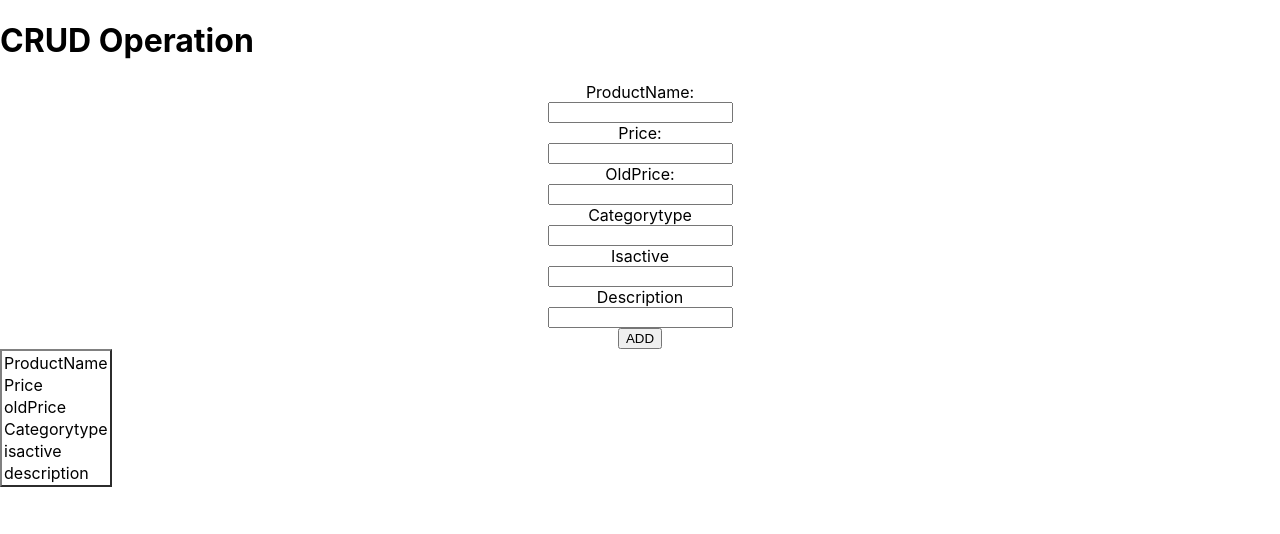
Repository: Josephkennedy603/Tridots-CRUD
Page: /
The author's editor kept a copy of each file at every save. The page is drawn from the files as they stood at one save, then again after the next save.
The browser window is 1280 px wide. The pictures show the whole page.
The project was rebuilt for these pictures with package versions that can differ from the ones it lists, and the page was loaded fresh each time.

Above is the page before, as saved 2024-09-20 16:37:56.

### src/App.jsx
import "./App.css";
import Create from "./create";
import {
  collection,
  getDocs,
  onSnapshot,
  updateDoc,
  doc,
  deleteDoc,
} from "firebase/firestore";
import { db } from "./firebase";
export const userCollectionRef = collection(db, "record");
console.log("user data1", userCollectionRef);

function App() {
  return (
    <div className="main-container">
      <h1>CRUD Operation</h1>
      <Create />

      {/* ProductName,
    Price,
    oldPrice,
    Categorytype,
    isactive,
    description, */}
      <table border={2}>
        <tbody>
          <tr>ProductName</tr>
          <tr>Price</tr>
          <tr>oldPrice</tr>
          <tr>Categorytype</tr>
          <tr>isactive</tr>
          <tr>description</tr>
        </tbody>
      </table>
    </div>
  );
}

export default App;

### src/App.css
.main-input {
  display: flex;
  flex-direction: column;
  align-items: center;
  justify-content: center;
}

### src/create.jsx
import React from "react";
import { useState } from "react";
import { userCollectionRef } from "./App";
import { addDoc } from "firebase/firestore";
import "./App";
// Product -> list, Add, Edit, delete Paramater: Product Name (type: string), Price (type: number), Old Price (type: number), Category type (type: select), is active (type: checkbox), description (type: textarea) Category list => Vegetables, Fruits & Nuts, Dairy & creams, Packages Food , Staples
const Create = ({ refetchUser }) => {
  const [ProductName, setProductName] = useState("");
  const [Price, setPrice] = useState();
  const [oldPrice, setOldPrice] = useState();
  const [Categorytype, setCategorytype] = useState();
  const [isactive, setisActive] = useState();
  const [description, setDescription] = useState();

  const data1 = {
    ProductName,
    Price,
    oldPrice,
    Categorytype,
    isactive,
    description,
  };

  const handleClick = async () => {
    const data = await addDoc(userCollectionRef, data1);
    setProductName("");
    setPrice("");
    setOldPrice("");
    setCategorytype("");
    setisActive("");
    setDescription("");

    // refetchUser();
    // console.log("for create ", data);
  };

  return (
    <div className="main-input">
      <label>ProductName:</label>
      <input
        name="Name:"
        type="text"
        value={ProductName}
        onChange={(e) => setProductName(e.target.value)}
        required
      />

      <label>Price:</label>
      <input
        type="number"
        name="Age"
        value={Price}
        onChange={(e) => setPrice(Number(e.target.value))}
        required
      />

      <label>OldPrice:</label>
      <input
        type="number"
        value={oldPrice}
        onChange={(e) => setOldPrice(e.target.value)}
        required
      />

      <label>Categorytype</label>
      <input
        type="select"
        name="Phone Number"
        value={Categorytype}
        onChange={(e) => setCategorytype(Number(e.target.value))}
        required
      />
      <label>Isactive</label>
      <input
        type="number"
        name="Phone Number"
        value={isactive}
        onChange={(e) => setDescription(e.target.value)}
        required
      />

      <label>Description</label>
      <input
        type="number"
        name="Phone Number"
        value={description}
        onChange={(e) => setisActive(Number(e.target.value))}
        required
      />
      <input type="submit" value={"ADD"} onClick={handleClick} />
    </div>
  );
};

export default Create;

### src/firebase.js
// Product -> list, Add, Edit, delete Paramater: Product Name (type: string), Price (type: number), Old Price (type: number), Category type (type: select), is active (type: checkbox), description (type: textarea) Category list => Vegetables, Fruits & Nuts, Dairy & creams, Packages Food , Staples
// Import the functions you need from the SDKs you need
import { initializeApp } from "firebase/app";
import { getFirestore } from "firebase/firestore";
// import { getAnalytics } from "firebase/analytics";

const firebaseConfig = {
  apiKey: "AIzaSyB6ZR0S_52AlqGIUs87cyuSaj7Dp9EP9nk",
  authDomain: "crud-operation-7754e.firebaseapp.com",
  projectId: "crud-operation-7754e",
  storageBucket: "crud-operation-7754e.appspot.com",
  messagingSenderId: "941097712371",
  appId: "1:941097712371:web:aad3664dddf0ff5721d586",
  measurementId: "G-CM49X6XD0N",
};

// Initialize Firebase
const app = initializeApp(firebaseConfig);
export const db = getFirestore(app);

export default app;

Loaded but not shown: public/index.html (common file); src/index.js (common file); src/index.css (common file); src/reportWebVitals.js (common file)

After the next save:
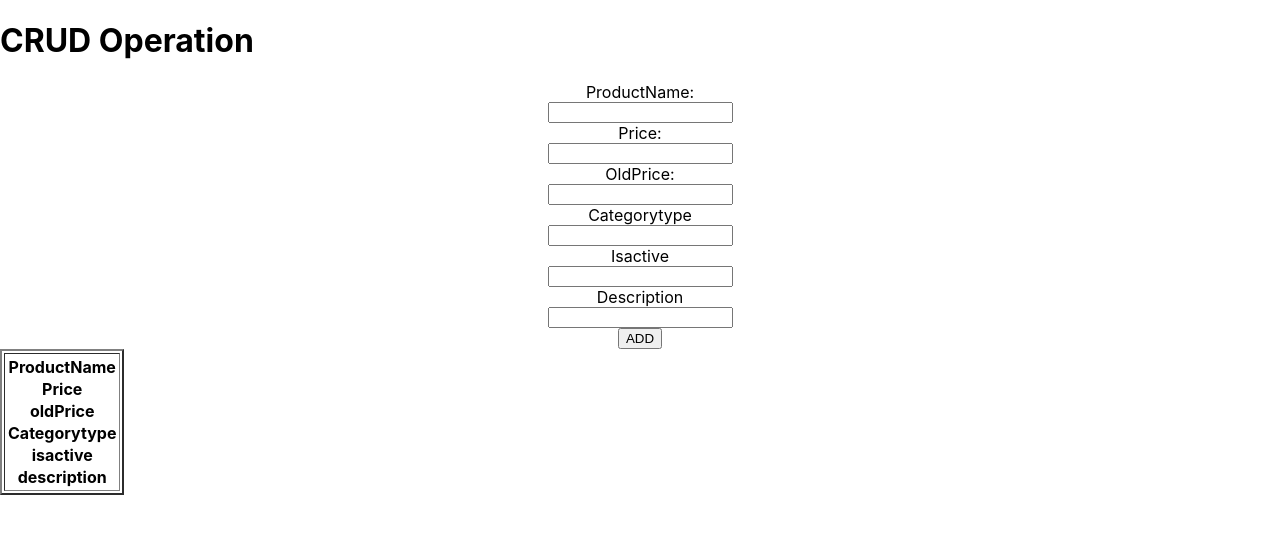
Saved 31 s later.
--- a/src/App.jsx
+++ b/src/App.jsx
@@ -26,12 +26,14 @@ function App() {
     description, */}
       <table border={2}>
         <tbody>
-          <tr>ProductName</tr>
-          <tr>Price</tr>
-          <tr>oldPrice</tr>
-          <tr>Categorytype</tr>
-          <tr>isactive</tr>
-          <tr>description</tr>
+          <th>
+            <tr>ProductName</tr>
+            <tr>Price</tr>
+            <tr>oldPrice</tr>
+            <tr>Categorytype</tr>
+            <tr>isactive</tr>
+            <tr>description</tr>
+          </th>
         </tbody>
       </table>
     </div>
